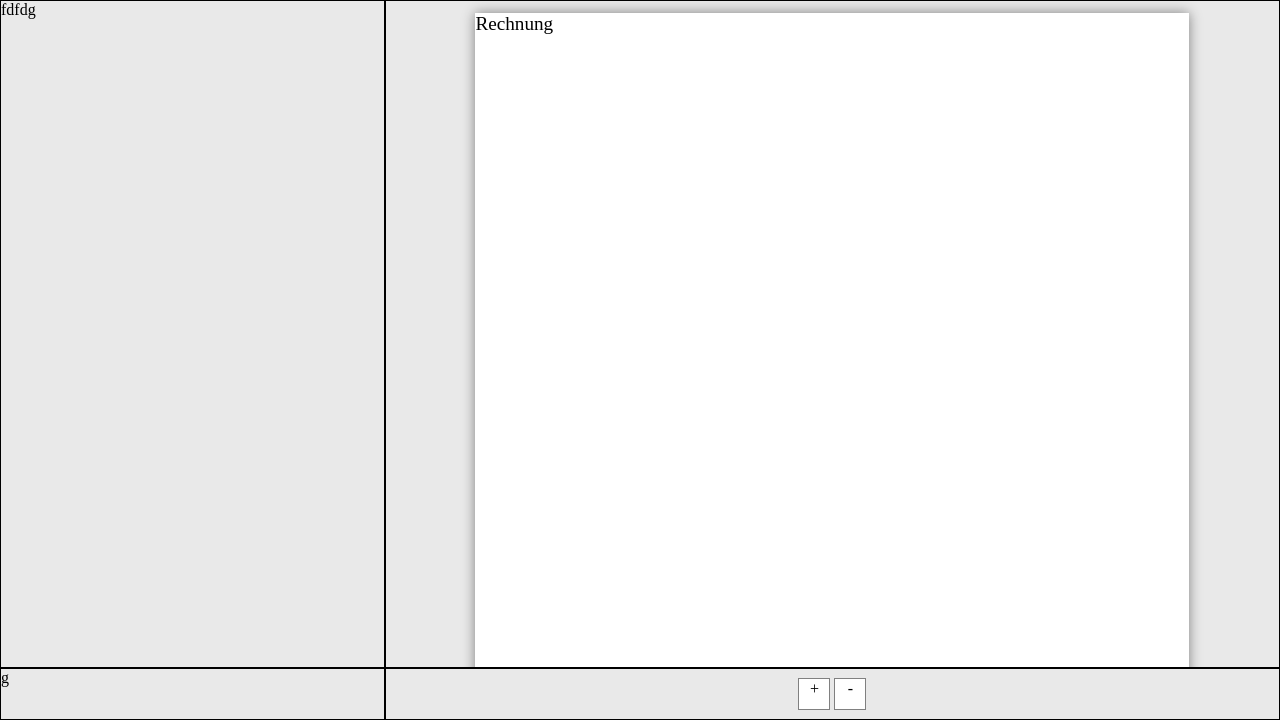
Repository: NDN92/Projects
Page: GUI_Test/src/de/NDN/test/HTMLGUI/HTML/RechnungenSchreiben.html
An editor plug-in stored every save of this project. The page is shown before and after the next save, followed by the edit.
The browser window is 1280 px wide. The pictures show the whole page.
An inner scrolling area shows only its first screen.

Above is the page before, as saved 2016-07-16 00:27:17.

After the next save:
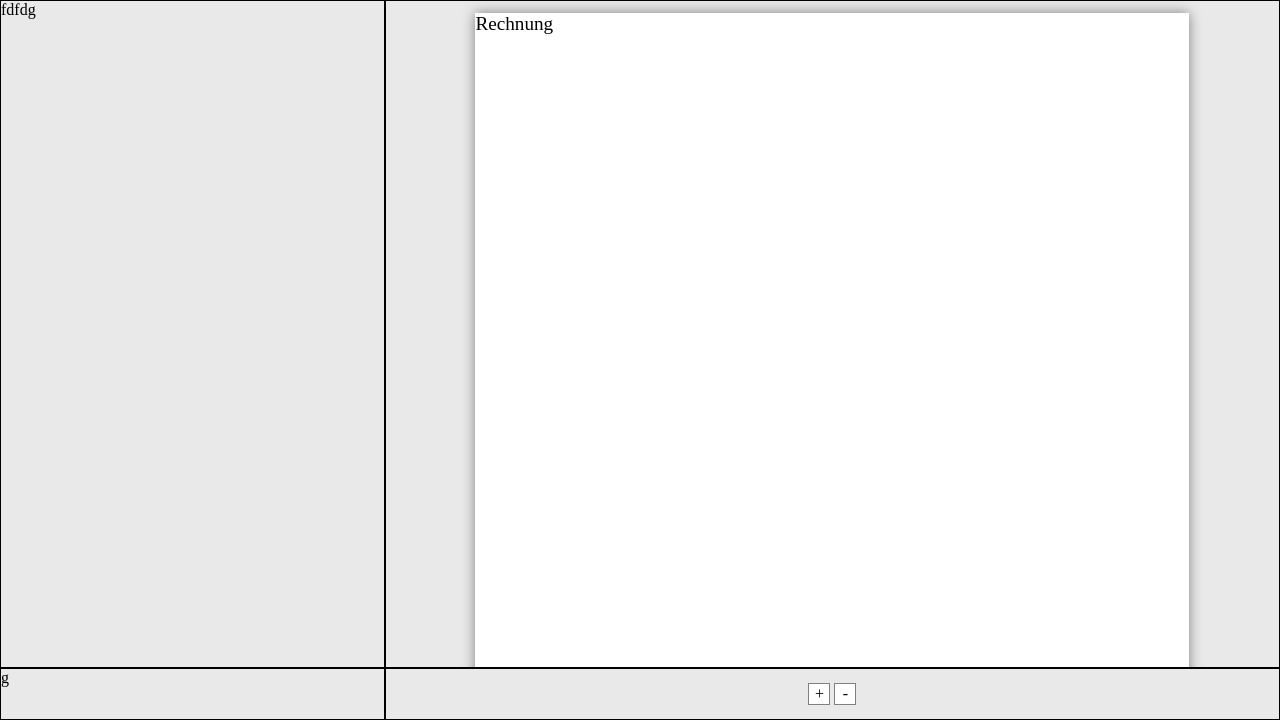
Saved 5 s later.
--- a/GUI_Test/src/de/NDN/test/HTMLGUI/CSS/RechnungenSchreiben.css
+++ b/GUI_Test/src/de/NDN/test/HTMLGUI/CSS/RechnungenSchreiben.css
@@ -61,8 +61,8 @@ body, html {
 }
 #btnZoomIn, #btnZoomOut {
 	display: inline-block;
-	height: 30px;
-	width: 30px;
+	height: 20px;
+	width: 20px;
 	line-height: 20px;
 	background-color: white;
 	border: 1px solid grey;
